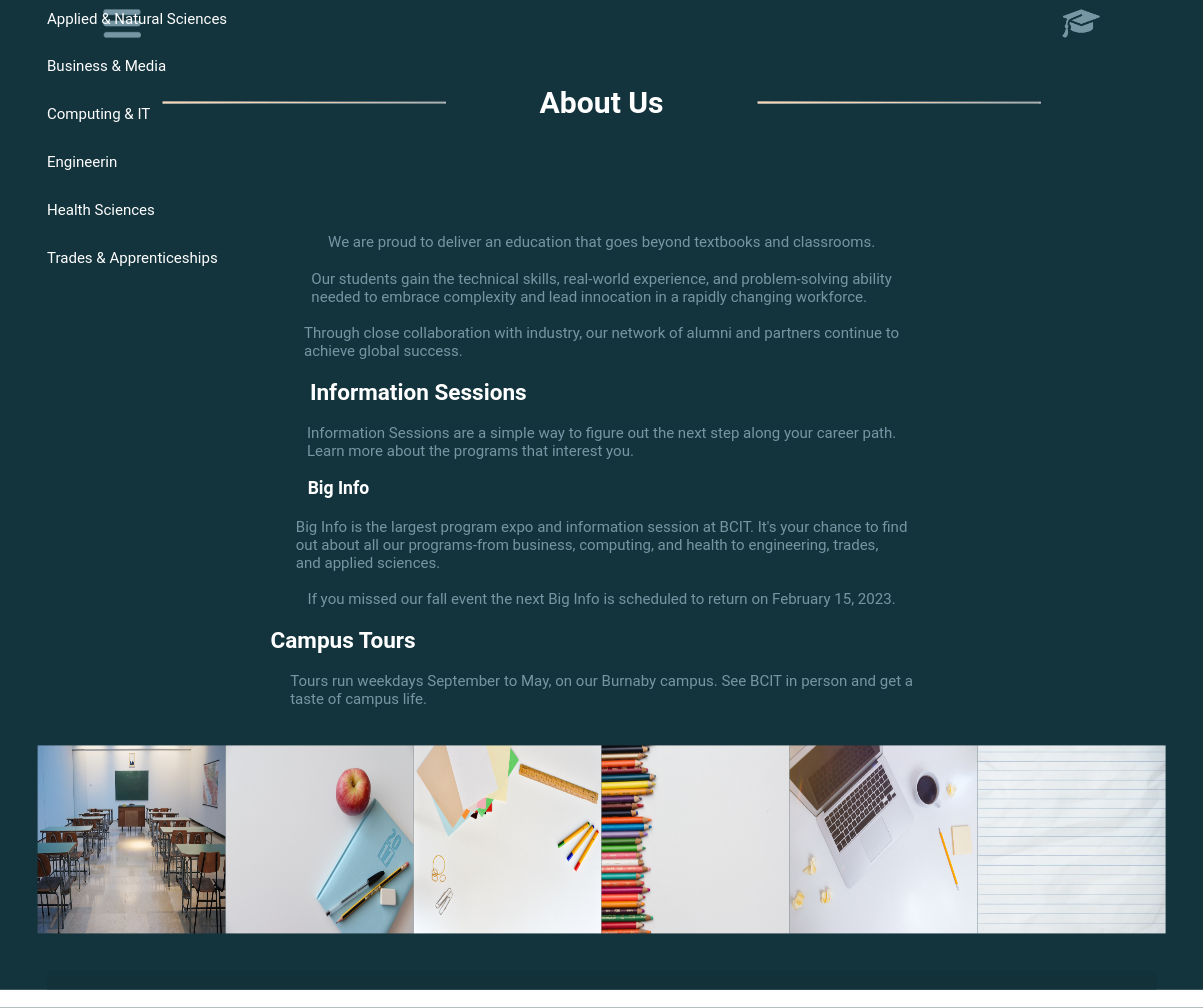
Repository: Sheraliramzan/Aly_A01253508_Assignment1
Page: /about
The author's editor kept a copy of each file at every save. The page is drawn from the files as they stood at one save, then again after the next save.
The browser window is 1280 px wide. The pictures show the whole page, at 94% of full size.
The project was rebuilt for these pictures with package versions that can differ from the ones it lists, and the page was loaded fresh each time. The framework's server and built-in components were replaced by stand-ins that run in the browser. Also part of the build but not shown: next.config.js.

Above is the page before, as saved 2023-02-05 08:58:32.

### pages/about.js
import Head from 'next/head'
import Image from 'next/image'
import styles from '../styles/Home.module.css'
import dynamic from "next/dynamic";
import Nav from '../comp/nav/nav';


const About = () => {
  return (
    <>
      <Head>
        <title>About Us</title>
        <meta name="author" content="MDIA 2109" />
        <meta property="og:title" content= 'Assignment #1 - About Us Page'/>
        <meta property="og:description" content= "BCIT Digital Design and Development Diploma"/>
        <meta name="viewport" content="width=device-width, initial-scale=1" />
        <link rel="icon" href="/favicon.png" />
      </Head>
      <main className={styles.main}>
        <div className="aboutcont">
          <Nav/>
          <div>
              <div className='headcont1'>
                <hr className='hori'></hr>
                <h1 className='header'>About Us</h1>
                <hr className='hori1'></hr>
              </div>
              <div className='paracont'>
                <p className='para2'> We are proud to deliver an education that goes beyond textbooks
                  and classrooms.</p>
                <p className='para2'> Our students gain the technical skills, real-world experience,
                  and problem-solving ability <br /> needed to embrace complexity
                  and lead innocation in a rapidly changing workforce.</p>
                <p className='para2'>Through close collaboration with industry, our network of alumni
                  and partners continue to <br /> achieve global success.</p>
              </div>
                <h2 className='header2'> Information Sessions</h2>
                <p className='para3'> Information Sessions are a simple way to figure out the next
                  step along your career path. <br /> Learn more about the
                programs that interest you.</p>
                <h3 className='header3'>Big Info</h3>
              <p className='para3'> Big Info is the largest program expo and information session at
                BCIT. It's your chance to find <br /> out about all our
                programs-from business, computing, and health to engineering,
                trades,
                <br /> and applied sciences.
              </p>
              <p className='para3'>If you missed our fall event the next Big Info is scheduled to
                return on February 15, 2023.
              </p>
              <h2 className="header4">Campus Tours</h2>
              <p className='para3'>  Tours run weekdays September to May, on our Burnaby campus. See
                BCIT in person and get a <br /> taste of campus life.</p>
          </div>
          <div>
            <div id="carouselImage">
                <Image src={"/0.jpg"} width={200} height={200}></Image>
                <Image src={"/1.jpg"} width={200} height={200}></Image>
                <Image src={"/2.jpg"} width={200} height={200}></Image>
                <Image src={"/3.jpg"} width={200} height={200}></Image>
                <Image src={"/4.jpg"} width={200} height={200}></Image>
                <Image src={"/5.jpg"} width={200} height={200}></Image>
            </div >
                  <div id="testOnImageHere">
                    <ul >
                      <li>Applied & Natural Sciences</li>
                      <li>Business & Media</li>
                      <li>Computing & IT</li>
                      <li>Engineerin</li>
                      <li>Health Sciences</li>
                      <li>Trades & Apprenticeships</li>
                    </ul>
                  </div>
          </div>
        </div>
        <a>
            <span>
                <img></img>
                <img></img>
            </span>
        </a>
      </main>
    </>
  )
}
export default dynamic (() => Promise.resolve(About), {ssr: false})

### styles/globals.css


* {
  box-sizing: border-box;
  padding: 0;
  margin: 0;
}

html,
body {
  margin: 0;
  padding: 0;
  font-family: "Roboto", sans-serif;
  scrollbar-width: none;

}
.menuimg{
  margin-left: 100px;
}
.gardimg{
  margin-right: 100px;
}
.navcont {
  display: flex;
  align-items: center;
  justify-content: space-between;
  padding: 10px;
}
.menucont{
  position: absolute;
  top: 0rem;
  left: 4rem;
}
a{
  color: var(--primary-color);
  text-decoration: none;
}

ul {
  display: flex;
  flex-direction: column;
  position: absolute;
  top: 10px;
  left: 50px;
  gap: 2rem;
  text-decoration: none;
}

ul > li {
  list-style-type: none;
  text-decoration: none;
  color: var(--primary-color);
}
.listcont{
  position: absolute;
  display: flex;
  align-items: flex-start;
  left: 3rem;
  top: 3rem;
}

.btncont {
  display: flex;
}

.close {
  background-color: transparent;
  border: none;
  font-size: larger;
  color: var(--primary-color);
}

.fullcont{
  width: 100vw;
  height: 100vh;
  background-image: url("/background-images/backgroundMountain.jpg");
  background-size: cover;
}
.but1{
  margin: 2px;
  padding: 5px 15px;
  background: none;
  border: 1px solid var(--primary-color);
  border-radius: 5px;
  color:var(--primary-color) ;
}
.butcont{
 margin-left: 250px;
}

.but1:hover{
  background-color: var( --primary-color);
  color: var(--quinary-color);
}
.downarrow{
  position: relative;
  left: 650px;
  top:50px;
}
.headcont{
  display: flex;
  flex-direction: column;
  width: 25%;
  margin-top: 320px;
  margin-left: 250px;
}
.headhome{
  color: var(--primary-color);
  font-size: 25px;
  margin-bottom: 10px;
}
.horidiv{
  width: 60%;
  border: 1px solid var(--secondary-color);
  margin-bottom: 10px;
}
.para1{
  color: var(--primary-color);
  font-size:12px;
  width: 100%;
  opacity: 0.8;
}
.aboutcont{
  width: 100%;
  background-color: var( --quaternary-color);
  justify-content: center;
}
.hori{
  border-left: 300px solid var(--secondary-color);
  width: 100px;
  height: 1px;
  margin-right: 100px;
}
.hori1{
  border-left: 300px solid var(--secondary-color);
  width: 100px;
  height: 1px;
  margin-left: 100px;
}
.headcont1{
  text-align: center;
  margin-top: 40px;
  display: flex;
  justify-content: center;
  align-items: center;
}
.header{
  color: var(--primary-color);
}
.paracont{
  display: flex;
  flex-direction: column;
  color: var(--ternary-color);
  justify-content: center;
  align-items: center;
  margin-top: 100px;

}
.para2{
  margin-top: 20px;
}
.header2{
  display: flex;
  flex-direction: column;
  align-items: center;
  margin-right: 390px;
  margin-top: 20px;
  margin-bottom: 20px;
  color: var(--primary-color);
}
.header3{
  display: flex;
  flex-direction: column;
  align-items: center;
  margin-right: 560px;
  margin-top: 20px;
  margin-bottom: 20px;
  color: var(--primary-color);
}
.header4{
  display: flex;
  flex-direction: column;
  align-items: center;
  margin-right: 550px;
  margin-top: 20px;
  margin-bottom: 20px;
  color: var(--primary-color);
}
.para3{
  color: var(--ternary-color);
  display: flex;
  align-items: center;
  justify-content: center;
  margin-bottom: 20px;
}
#carouselImage{
  height: 200px;
  background-repeat: no-repeat;
  background-size: cover;
  display: flex;
  justify-content: center;
  align-items: center;
  margin: 40px 0px;
}
#testOnImageHere{
  background-color: rgba(16, 46, 53, 0.5);
  padding: 10px;
  margin: 0px 50px;
}

### styles/variables.css
:root{
    --primary-color:#fff;
    --secondary-color:#f4d6b9;
    --ternary-color: #7796a4;
    --quaternary-color:#14343d;
    --quinary-color:rgba(16,46,53,0.5);
}

### styles/Home.module.css
.main {
  display: flex;
  flex-direction: column;
  justify-content: space-between;
  align-items: center;
}

### comp/nav/nav.js
import Head from 'next/head'
import Image from 'next/image'
import { useState } from 'react'
import { useRouter } from 'next/router'
import Link from 'next/link'

export default function Nav(){
    const [isMenuOpen, setIsMenuOpen] = useState(false);
  const handleClick = () => {
    setIsMenuOpen(!isMenuOpen);
  };
  const router = useRouter();
    return (
    <>
        <div className="navcont">
              <Image alt='menu' className='menuimg'
                src={"/icons/menu-icon.png"}
                width={40}
                height={30}
                onClick={handleClick}
              />
              <Image alt='grad' className='gardimg' src={"/icons/graduation-hat.png"} width={40} height={30} />
          </div>
          {isMenuOpen && (
            <div className="menucont">
              <div className="listcont">
                <div className="btncont">
                  <button className="close" onClick={handleClick}>
                    X
                  </button>
                </div>
                <div>
                  <ul>
                    <li>
                      <a href="#">Home</a>
                    </li>
                    <li>
                      <a href="/about">About</a>
                    </li>
                    <li>
                      <a href="/contact">Contact</a>
                    </li>
                  </ul>
                </div>
              </div>
              <Image alt='bar'
                src={"/background-images/menuBackground.png"}
                width={240}
                height={240}
              />
            </div>
          )}
    </>
    )
}

Loaded but not shown: pages/_app.js (common file); pages/_document.js (common file); pages/api/hello.js (common file)

After the next save:
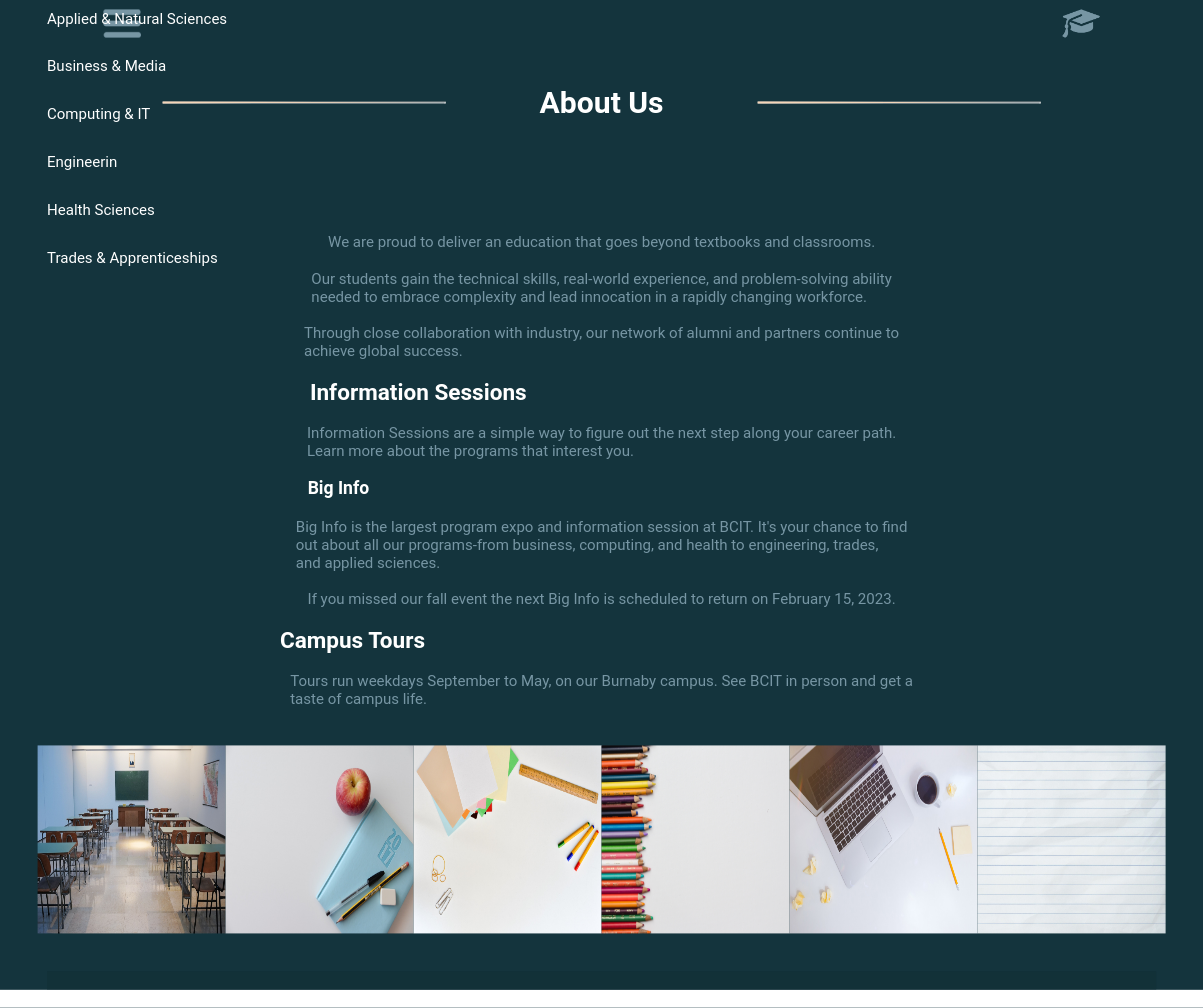
Saved 7 s later.
--- a/styles/globals.css
+++ b/styles/globals.css
@@ -181,7 +181,7 @@ ul > li {
   display: flex;
   flex-direction: column;
   align-items: center;
-  margin-right: 550px;
+  margin-right: 530px;
   margin-top: 20px;
   margin-bottom: 20px;
   color: var(--primary-color);
